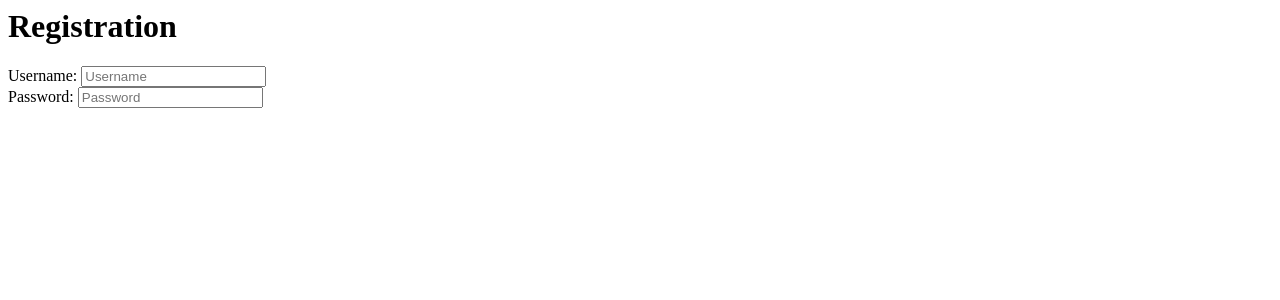
Repository: Puritanic/node_projects
Page: http://localhost/register
The author's editor kept a record of every edit. The page is drawn from the files as they stood at one moment, then again after the next edit.
The browser window is 1280 px wide. The pictures show the whole page.
The page is served by the project's Node server (Authentication/AuthDemo/app.js).

Above is the page before.

After the next edit:
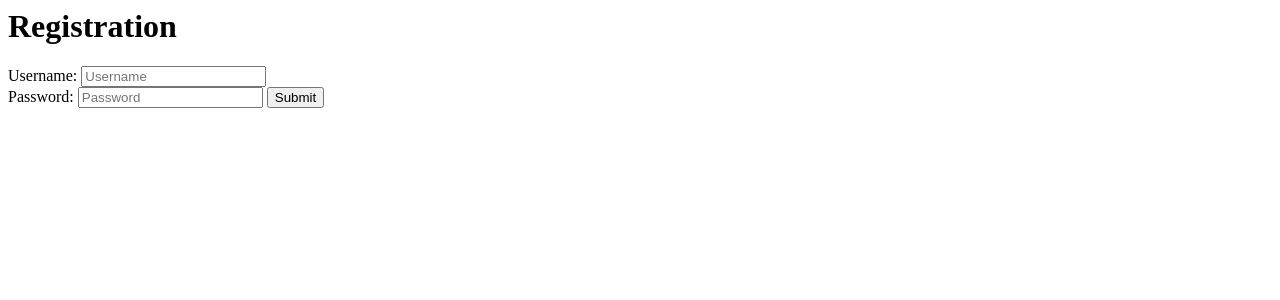
The edit:
--- a/Authentication/AuthDemo/views/register.ejs
+++ b/Authentication/AuthDemo/views/register.ejs
@@ -7,5 +7,6 @@
     <input type="text" placeholder="Username" name="username">
     <br>
      <label for="password">Password: </label>
-    <input type="text" placeholder="Password" name="password">
+    <input type="password" placeholder="Password" name="password">
+    <button>Submit</button>
 </form>
